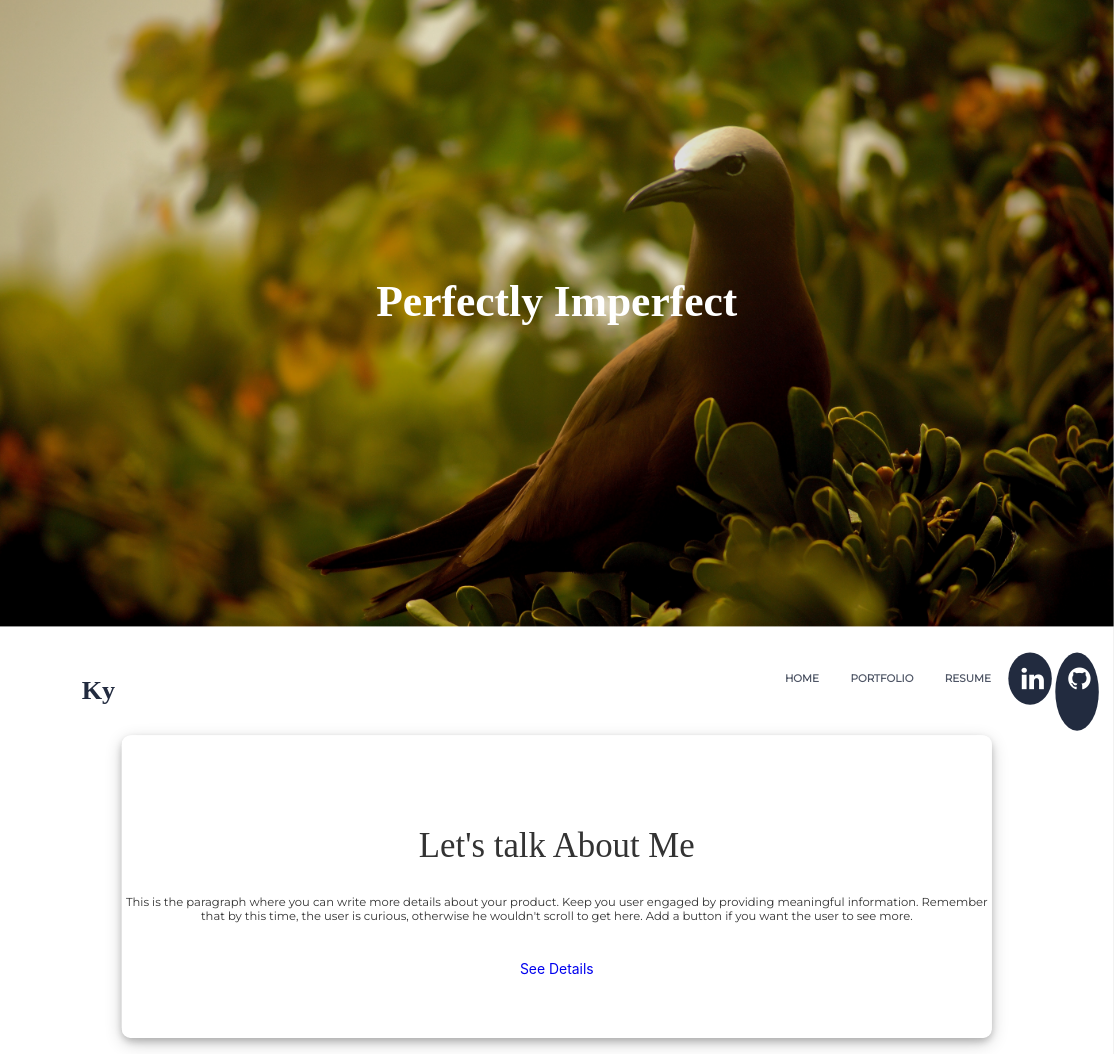
Repository: kkyler24/Perfectly-Imperfect
Page: / (app in imperfect/)
These files come from the project's save history. The page is drawn as it stood at one moment and after the next save; the edit follows.
The browser window is 1280 px wide. The pictures show the whole page, at 87% of full size.
Backgrounds fixed to the window are drawn as part of the page. Some web fonts or font styles are not loaded; a fallback is used. The project was rebuilt for these pictures with package versions that can differ from the ones it lists, and the page was loaded fresh each time.

Above is the page before, as saved 2020-08-06 13:15:13.

After the next save:
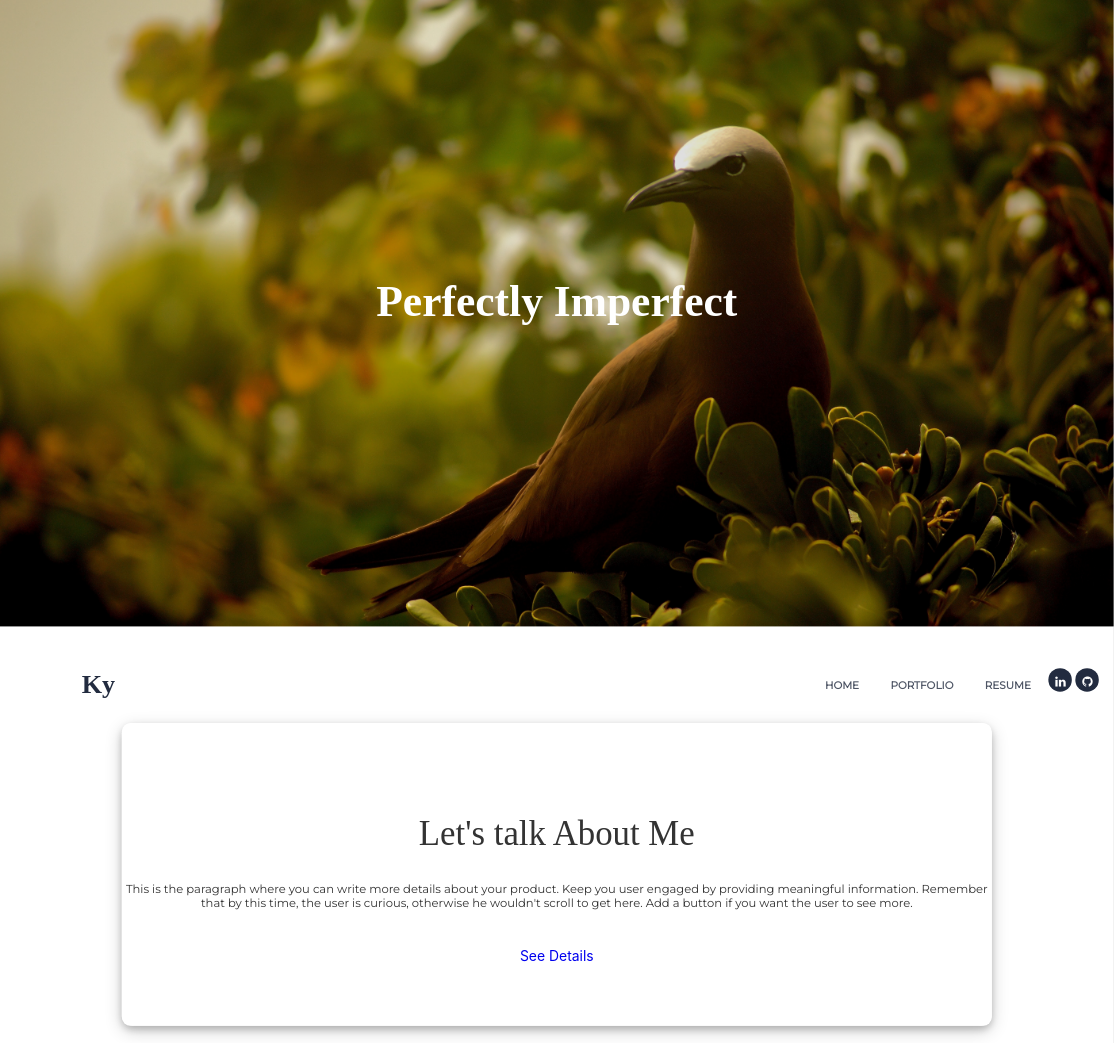
Saved 6 min 29 s later.
--- a/imperfect/src/Components/navbarComponent/navbar.css
+++ b/imperfect/src/Components/navbarComponent/navbar.css
@@ -179,12 +179,14 @@ ul {
 }
 
 .fa {
-  padding: 15px;
-  font-size: 30px;
-  width: 20px;
+  padding: 8px;
+  font-size: 14px;
+  width: 11px;
+  height: 11px;
+  top: 5px;
   text-align: center;
   text-decoration: none;
-  margin: 5px 2px;
+  margin: 15px 2px;
   border-radius: 50%;
 }
 
